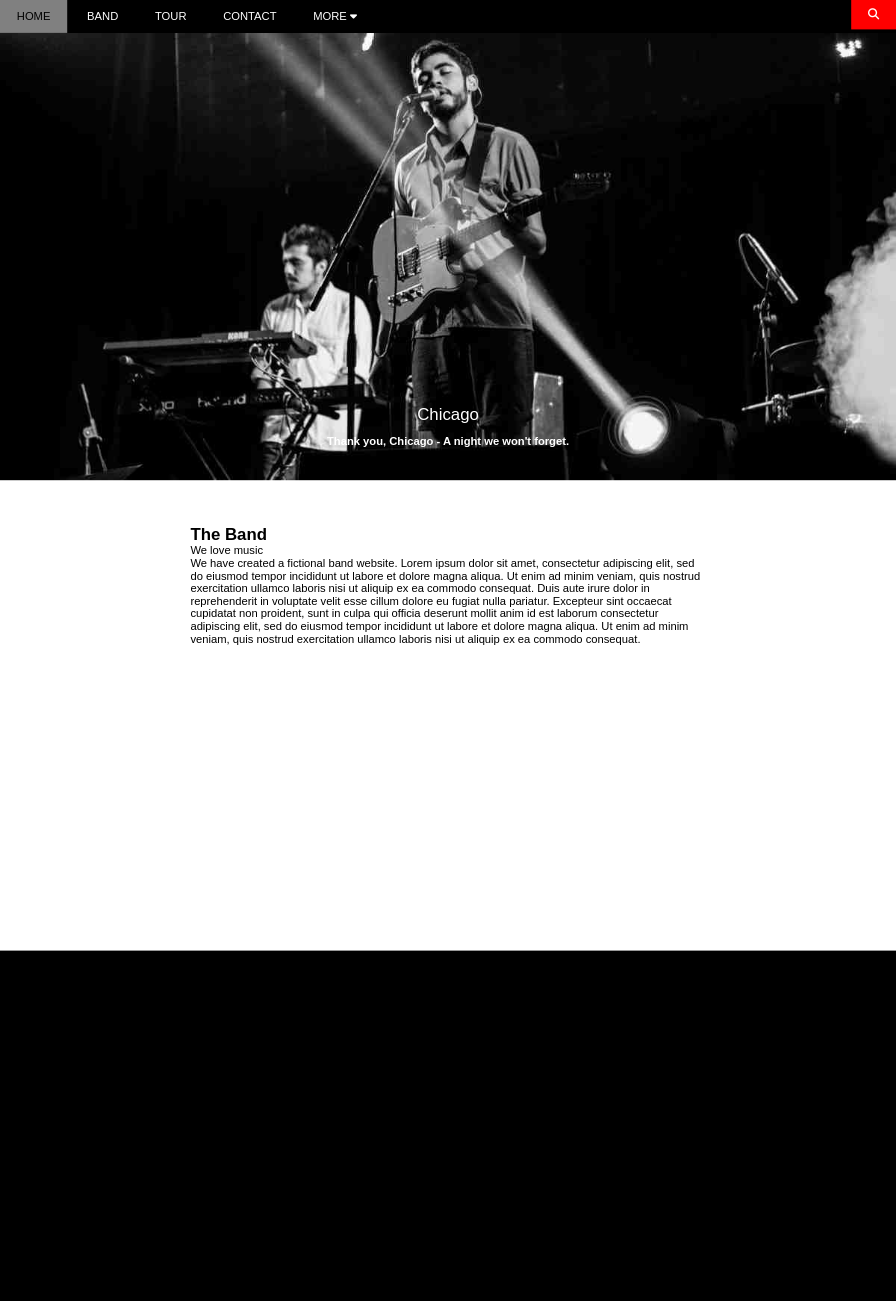
Repository: ngotranphuongbao/theband
Page: index.html
These files come from the project's save history. The page is drawn as it stood at one moment and after the next save; the edit follows.
The browser window is 1280 px wide. The pictures show the whole page, at 70% of full size.
Some web libraries are served in a nearby version.

Above is the page before, as saved 2022-12-21 20:22:49.

After the next save:
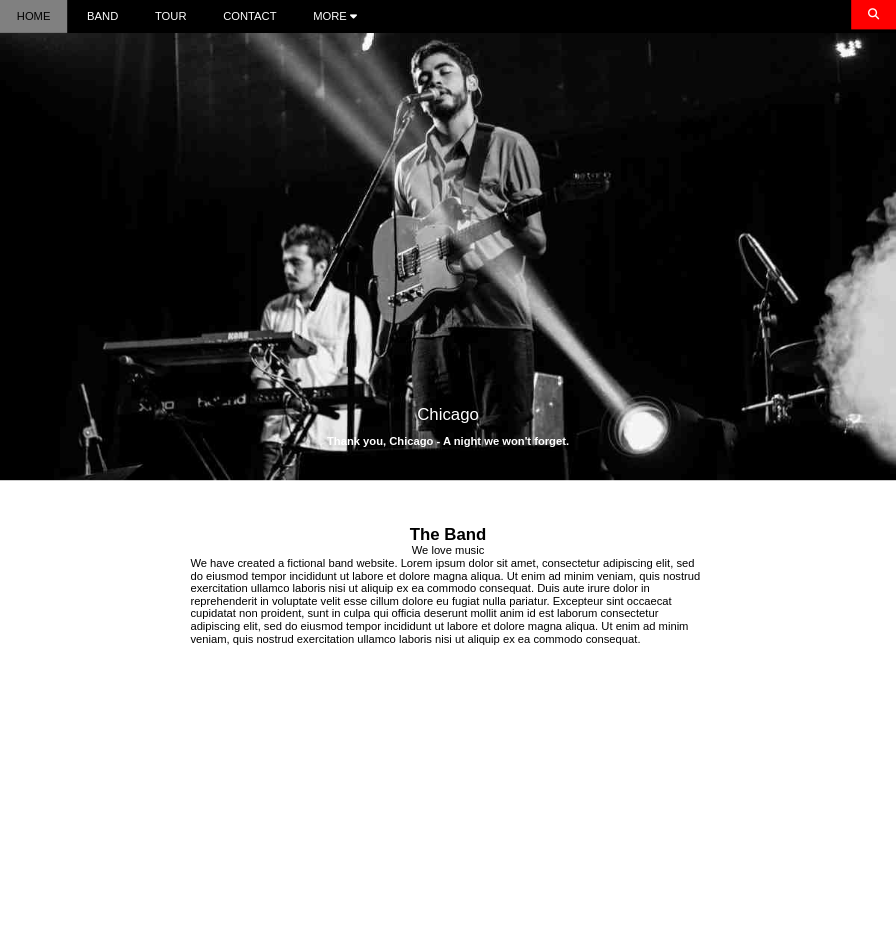
Saved 56 s later.
--- a/assets/css/style.css
+++ b/assets/css/style.css
@@ -134,9 +134,12 @@ html {
     margin: auto;
 }
 
-#tour-dates {
-    background-color: black;
-    height: 500px;
+.content-title {
+    text-align: center;
+}
+
+.content-subtitle {
+    text-align: center;
 }
 
 #footer {
